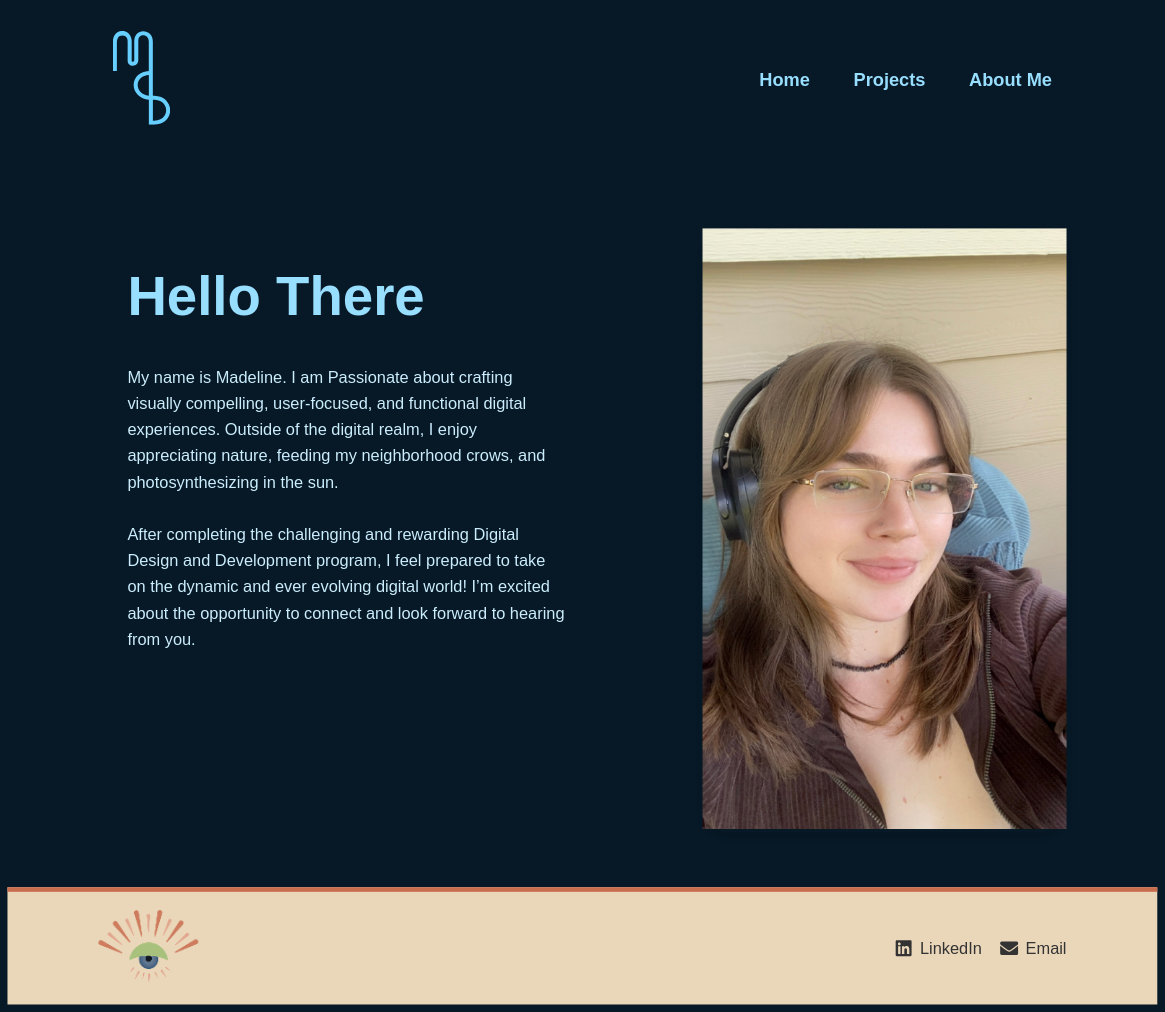
Repository: madelinestruthers/madeline-portfolio-site
Page: /about
The author's editor kept a copy of each file at every save. The page is drawn from the files as they stood at one save, then again after the next save.
The browser window is 1280 px wide. The pictures show the whole page, at 91% of full size.
The project was rebuilt for these pictures with package versions that can differ from the ones it lists, and the page was loaded fresh each time. The framework's server and built-in components were replaced by stand-ins that run in the browser. Also part of the build but not shown: next.config.mjs.

Above is the page before, as saved 2025-02-09 19:06:59.

### src/pages/about.js
import NavBar from "@/components/NavBar";
import Footer from "@/components/Footer";
import styles from "@/styles/About.module.css";
import Image from "next/image";

export default function About() {
  return (
    <>
      <NavBar />
      <div className={`${styles.page}`}>
        <main className={styles.container}>
          <div className={styles.bioContainer}>
            <h1 className={styles.h1Style}>Hello There</h1>
            <p className={styles.bio}>
              My name is Madeline. I am Passionate about crafting visually compelling, user-focused, and functional digital experiences. Outside of the digital realm, I enjoy appreciating nature, feeding my neighborhood crows, and photosynthesizing in the sun. <br/> <br/>After completing the challenging and rewarding Digital Design and Development program, I feel prepared to take on the dynamic and ever evolving digital world! I’m excited about the opportunity to connect and look forward to hearing from you.
            </p>
          </div>
          <div className={styles.portrait}>
            <Image
              src="/images/portrait.jpg"
              alt="Portrait of Me"
              width={400} // Adjust width as needed
              height={660} // Scaled height based on aspect ratio
              priority // Preloads the image for better performance
            />
          </div>
        </main>
      </div>
      <Footer />
    </>
  );
}

### src/styles/globals.css
:root {
  --background: #071926;
  --foreground: #171717;
}

@media (prefers-color-scheme: dark) {
  :root {
    --background: #071926;
    --foreground: #ffffff;
  }
}

html,
body {
  max-width: 100vw;
  overflow-x: hidden;
}

body {
  color: var(--foreground);
  background: var(--background);
  font-family: comme, Poppins, sans-serif;
font-size: 16px;
}

/* styles*/



a {
  color: inherit;
  text-decoration: none;
}
.projects-container {
  display: grid;
  grid-template-columns: 1fr; /* Single column on mobile */
  gap: 20px;
  padding-top: 20px;
  padding-bottom: 20px;
  justify-items: center;
}

.project-card {
  padding-top: 15;
  padding-bottom: 15px;
  border-radius: 8px;
  box-shadow: 0 4px 8px rgba(0, 0, 0, 0.);
  transition: transform 0.2s;
  cursor: pointer;
  width: 100%; /* Makes sure it fits nicely on smaller screens */
  max-width: 350px; /* Prevents it from becoming too wide */
  text-align: center;
}

.project-card:hover {
  transform: scale(1.05);
}

/* 🔥 Tablet View (600px and up) */
@media (min-width: 600px) {
  .projects-container {
    grid-template-columns: repeat(2, 1fr); /* Two columns */
  }
}

/* 🖥️ Desktop View (900px and up) */
@media (min-width: 900px) {
  .projects-container {
    grid-template-columns: repeat(3, 1fr); /* Three columns */
  }
}

### src/components/NavBar.js
import React, { useState } from "react";
import Image from "next/image";
import styles from "./Navbar.module.css";

const NavBar = () => {
  const [isMenuOpen, setIsMenuOpen] = useState(false);

  const toggleMenu = () => setIsMenuOpen(!isMenuOpen);

  return (
    <nav className={styles.navbar}>
      <div className={styles["navbar-logo"]}>
        <a href="/">
          <Image
            src="/images/ms-logo.svg"
            alt="Logo"
            width={70} // Adjust width as needed
            height={20} // Adjust height as needed to maintain aspect ratio
            priority
          />
        </a>
      </div>

      <div className={styles.hamburger} onClick={toggleMenu}>
        <div className={styles.bar}></div>
        <div className={styles.bar}></div>
        <div className={styles.bar}></div>
      </div>

      <ul
        className={`${styles["navbar-links"]} ${
          isMenuOpen ? styles["navbar-links-open"] : ""
        }`}
      >
        <li>
          <a href="/">Home</a>
        </li>
        <li>
          <a href="/projects">Projects</a>
        </li>
        <li>
          <a href="/about">About Me</a>
        </li>

      </ul>
    </nav>
  );
};

export default NavBar;

### src/components/Footer.js
// src/components/Footer.js
import React from "react";
import styles from "./Footer.module.css";
import { FaLinkedin, FaEnvelope } from "react-icons/fa";
import Image from "next/image";

const Footer = () => {
  return (
    <footer className={styles.footer}>
      {/* Left Section: Logo */}
      <div className={styles.logo}>
        <a href="/">
        <Image
            src="/images/eye-logo.png"
            alt="Logo"
            width={110} // Adjust width as needed
            height={80} // Adjust height as needed to maintain aspect ratio
            priority
          />
        </a>
      </div>

      {/* Right Section: Links */}
      <div className={styles.links}>
        <a
          href="https://linkedin.com/in/madelinestruthers" // Replace with your LinkedIn URL
          target="_blank"
          rel="noopener noreferrer"
          className={styles.link}
        >
          <FaLinkedin className={styles.icon} /> LinkedIn
        </a>
        <a
          href="mailto:maddiestruthersdesigns@gmail.com" // Replace with your email
          className={styles.link}
        >
          <FaEnvelope className={styles.icon} /> Email
        </a>
      </div>
    </footer>
  );
};

export default Footer;

### src/styles/About.module.css
/* Page Wrapper */
  .page {
    display: flex;
    flex-direction: column; /* Stack children vertically */
    min-height: 100vh; /* Full viewport height */
  }

    /* Main Container */
  .container {
    flex: 1; /* Allows the main content to expand and take available space */
    display: flex;
    flex-direction: column;
    justify-content: center; /* Center content vertically, optional */
    align-items: center; /* Center content horizontally, optional */
    padding: 20px 90px;
  }

  /* Portrait Styling */
  .portrait {
    flex-shrink: 0; /* Prevent the image from shrinking */
    border-radius: 30px; /* Rounded corners */
    box-shadow: 0 4px 8px rgba(0, 0, 0, 0.1); /* Subtle shadow for depth */
    margin-bottom: 2.5rem; /* Add spacing on smaller screens */

  }

  /* Bio Section */
  .bioContainer {
    text-align: left; /* Center text for mobile-first */
  }

  .h1Style {
    font-size: 30px;  /* Adjust size */
    color: #98deff;     /* Customize color */
    font-weight: bold;
    text-align: center;
  }

  .bio {
    font-size: 16px;
    line-height: 1.6;
    color: #cbedfd;
    margin: 0;
    text-align: center;
  }


  /* Responsive Adjustments */
  @media (min-width: 768px) {
    .container {
      flex-direction: row; /* Align image and text horizontally */
      align-items: flex-start;
      text-align: left; /* Align text to the left for larger screens */
      padding: 20px 100px;
    }

    .portrait {
      /* Remove bottom margin in horizontal layout */
    }

    .bioContainer {
      flex: 1; /* Allow text to take up remaining space */
      width:50%;

    }
  }

  @media (min-width: 1024px) {

    .container{
      margin-top: 4rem;
    }
    .h1Style {
      font-size: 60px;  /* Adjust size */
      color: #98deff;     /* Customize color */
      font-weight: bold;
      text-align: left;
    }

    .bio {
      font-size: 18px; /* Larger text for readability */
      width:76%;
      text-align: left;
    }

    .bioContainer{
      margin-left: 2rem;
    }
  }

### src/components/Navbar.module.css
/* Base Styles (Mobile First) */
.navbar {
    display: flex;
    justify-content: space-between;
    align-items: center;
    padding: 2rem;
    margin: 1rem;
    position: relative;
  }

  .navbar-logo {
    display: flex;
    align-items: center;

  }

  .navbar-logo a {
    text-decoration: none;
  }

  .navbar-logo img {
    max-width: 80%;
    height: auto;
  }

  /* Hamburger Menu */
  .hamburger {
    display: flex;
    flex-direction: column;
    justify-content: space-between;
    width: 2.5rem;
    height: 2rem;
    cursor: pointer;
  }

  .bar {
    height: 5px;
    width: 100%;
    border-radius: 3px;
    transition: all 0.3s ease;
    background-color: #FFB04F;
  }

  /* Navigation Links */
  .navbar-links {
    display: none; /* Hidden by default for mobile */
    flex-direction: column;
    list-style: none;
    text-align: left;
    position: absolute;
    top: 100px;
    right: 30px;
    background-color: #072747;
    box-shadow: 0 4px 6px rgba(0, 0, 0, 0.1);
    border-radius: 8px;
    z-index: 10;
    font-size: 18px;
    padding-bottom: 1rem;
    padding-top: 1rem;
  }

  .navbar-links a {
    text-decoration: none;
    font-size: 18px;
    font-weight: 600;
    color: #98deff;
    padding-right: 1.5rem;
    padding-top:  1rem ;
    padding-bottom:  1rem ;

    display: block;
    transition: color 0.3s ease;
  }

  .navbar-links a:hover {
    color: #FFB04F;
  }

  /* Show Links When Menu is Open */
  .navbar-links-open {
    display: flex;

  }


  /* Tablet Styles (768px) */
  @media (min-width: 768px) {
    .hamburger {
      display: none; /* Hide hamburger menu */
    }
    .navbar-logo img {
      max-width: 100%;
      height: auto;
    }
    .navbar {
      flex-direction: row;
      justify-content: space-between;
      padding: 10px 100px;
    }

    .navbar-links {
      display: flex; /* Show links in a row */
      flex-direction: row;
      position: static; /* Reset positioning */
      background: none;
      box-shadow: none;
      padding: 0;
      gap: 3rem;
    }

    .navbar-links a {
      padding: 0;
      font-size: 18px;
    }
  }

  /* Desktop Styles (1024px) */
  @media (min-width: 1024px) {
    .navbar {
      padding: 10px 100px;
    }

    .navbar-logo img {
      max-width: 90%;
      height: auto;
    }

    .navbar-links a {
      font-size: 20px;
    }

  }

### src/components/Footer.module.css
/* src/components/Footer.module.css */
.footer {
    display: flex;
    justify-content: space-between;
    align-items: center;
    padding: 20px 100px; /* Adjust the side padding as needed */
    border-top: 5px solid #CA6D4F; /* Subtle border on top */
    background-color: #EAD7BA;
  }

  .logo {
    display: flex;
    align-items: center;
  }

  .logoImage {
    height: 40px; /* Adjust logo size */
    width: auto;
  }

  .links {
    display: flex;
    gap: 20px; /* Space between links */
  }

  .link {
    display: flex;
    align-items: center;
    text-decoration: none;
    font-size: 18px;
    color: #333; /* Dark text color */
    transition: color 0.3s ease;
  }

  .link:hover {
    color: #0077cc; /* Blue color on hover */
  }

  .icon {
    margin-right: 8px; /* Space between icon and text */
    font-size: 20px;
  }

Loaded but not shown: src/pages/_app.js (common file); src/pages/_document.js (common file)

After the next save:
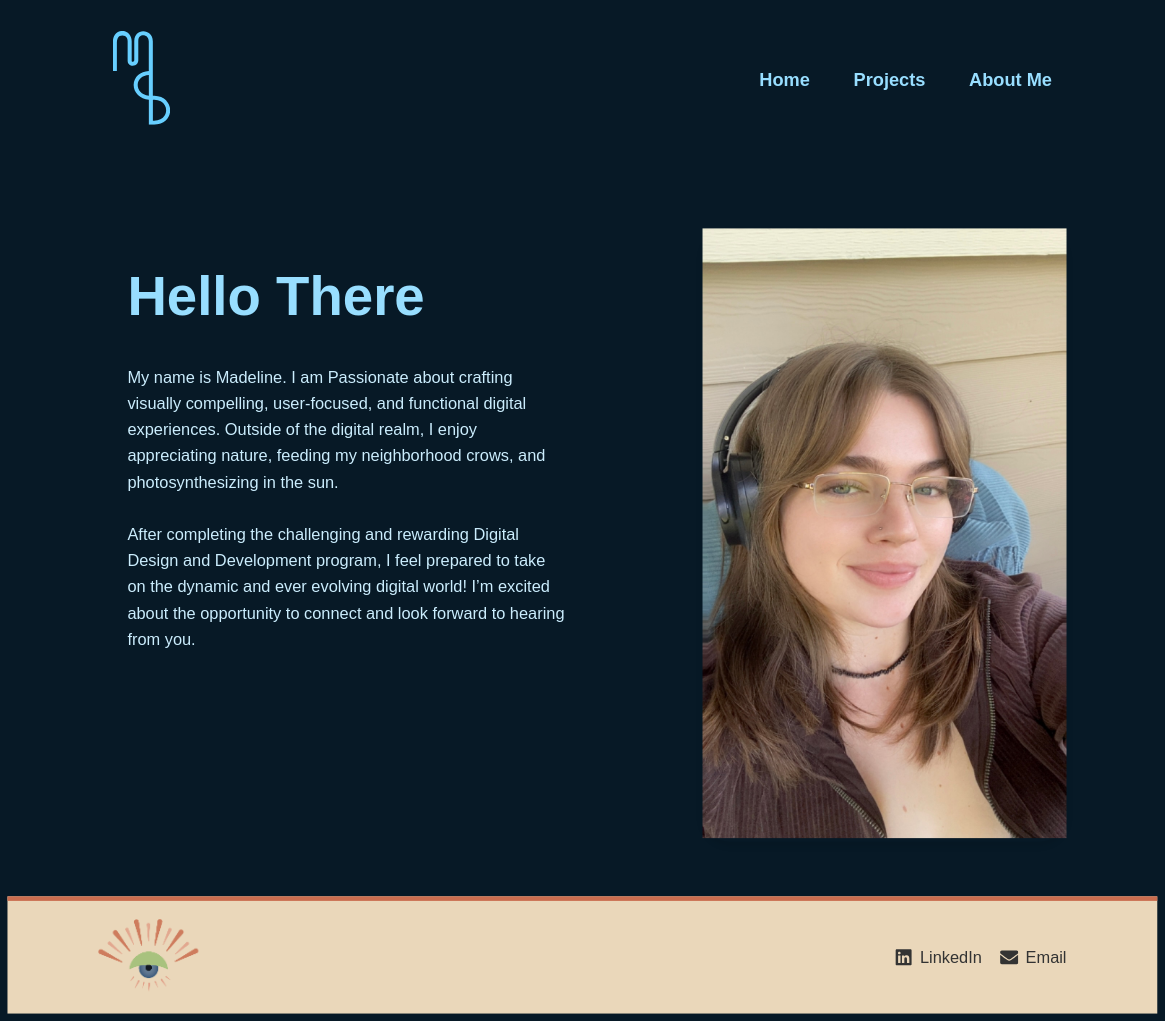
Saved 16 s later.
--- a/src/pages/about.js
+++ b/src/pages/about.js
@@ -20,7 +20,7 @@
               src="/images/portrait.jpg"
               alt="Portrait of Me"
               width={400} // Adjust width as needed
-              height={660} // Scaled height based on aspect ratio
+              height={670} // Scaled height based on aspect ratio
               priority // Preloads the image for better performance
             />
           </div>
